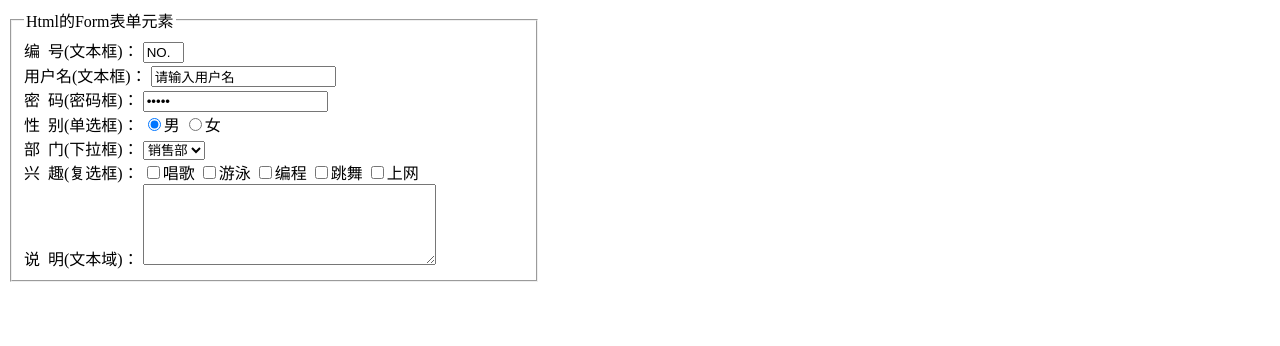
Repository: frankstar007/java
Page: http://localhost/Servlet_Study/request_form1.jsp
An editor plug-in stored every save of this project. The page is shown before and after the next save, followed by the edit.
The browser window is 1280 px wide. The pictures show the whole page.
The page is served by Tomcat 9. Nobody is signed in. The application's start-up code is not run. Other server files are loaded and not shown.

Above is the page before, as saved 2016-05-01 02:44:25.

### Servlet_Study/WebContent/request_form1.jsp
<%@ page language="java" contentType="text/html; charset=UTF-8"
    pageEncoding="UTF-8"%>
<!DOCTYPE html PUBLIC "-//W3C//DTD HTML 4.01 Transitional//EN" "http://www.w3.org/TR/html4/loose.dtd">
<html>
<head>
<meta http-equiv="Content-Type" content="text/html; charset=UTF-8">
<title>Html的form表单元素</title>
</head>
<fieldset style="width:500px;">
	<legend>Html的Form表单元素</legend>
	<form action="${pageContext.request.contextPath }/RequestDemo3" method="post">
	编&nbsp;&nbsp;号(文本框)：
		<input type="text" name="userid" value="NO." size="2" maxlength="2"><br>
	用户名(文本框)：
		<input type="text" name="username" value="请输入用户名"><br>
	密&nbsp;&nbsp;码(密码框)：
	<input type="password" name="userpass" value="请输入密码"><br>
	性&nbsp;&nbsp;别(单选框)：
	<input type="radio" name="sex" value="男" checked>男
	<input type="radio" name="sex" value="女">女<br>
	部&nbsp;&nbsp;门(下拉框)：
	<select name="dept">
		<option value="技术部">技术部</option>
		<option value="销售部" selected>销售部</option>
		<option value="财务部">财务部</option>
	</select><br>
	兴&nbsp;&nbsp;趣(复选框)：
	<input type="checkbox" name="inst" value="唱歌">唱歌
	<input type="checkbox" name="inst" value="游泳">游泳
	<input type="checkbox" name="inst" value="编程">编程
	<input type="checkbox" name="inst" value="跳舞">跳舞
	<input type="checkbox" name="inst" value="上网">上网
	<br>
	说&nbsp;&nbsp;明(文本域)：
	<textarea name="note" cols="34" rows="5">

	</textarea>
	<br>
	<input type="hidden" name="hiddenField" value="hiddenvalue"/>

	</form>

</fieldset>
<body>

</body>
</html>

After the next save:
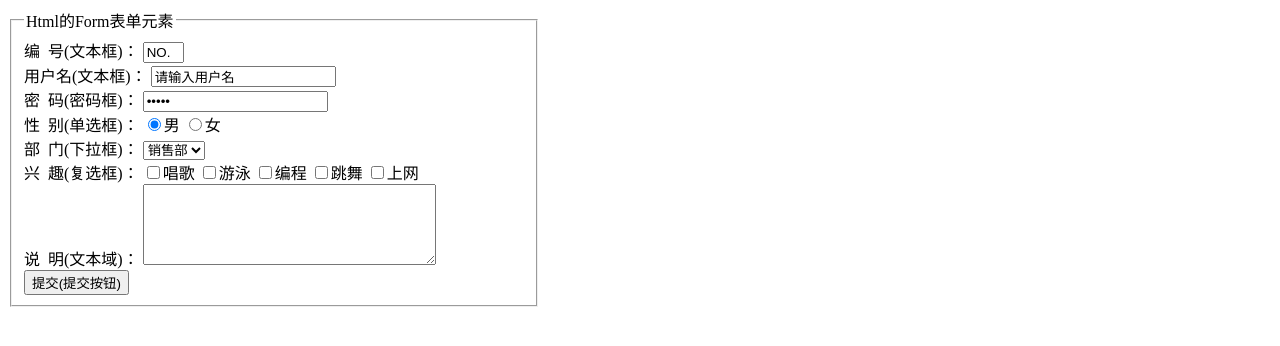
Saved 38 s later.
--- a/Servlet_Study/WebContent/request_form1.jsp
+++ b/Servlet_Study/WebContent/request_form1.jsp
@@ -37,6 +37,7 @@
 	</textarea>
 	<br>
 	<input type="hidden" name="hiddenField" value="hiddenvalue"/>
+	<input type="submit" value="提交(提交按钮)">
 
 	</form>
 
